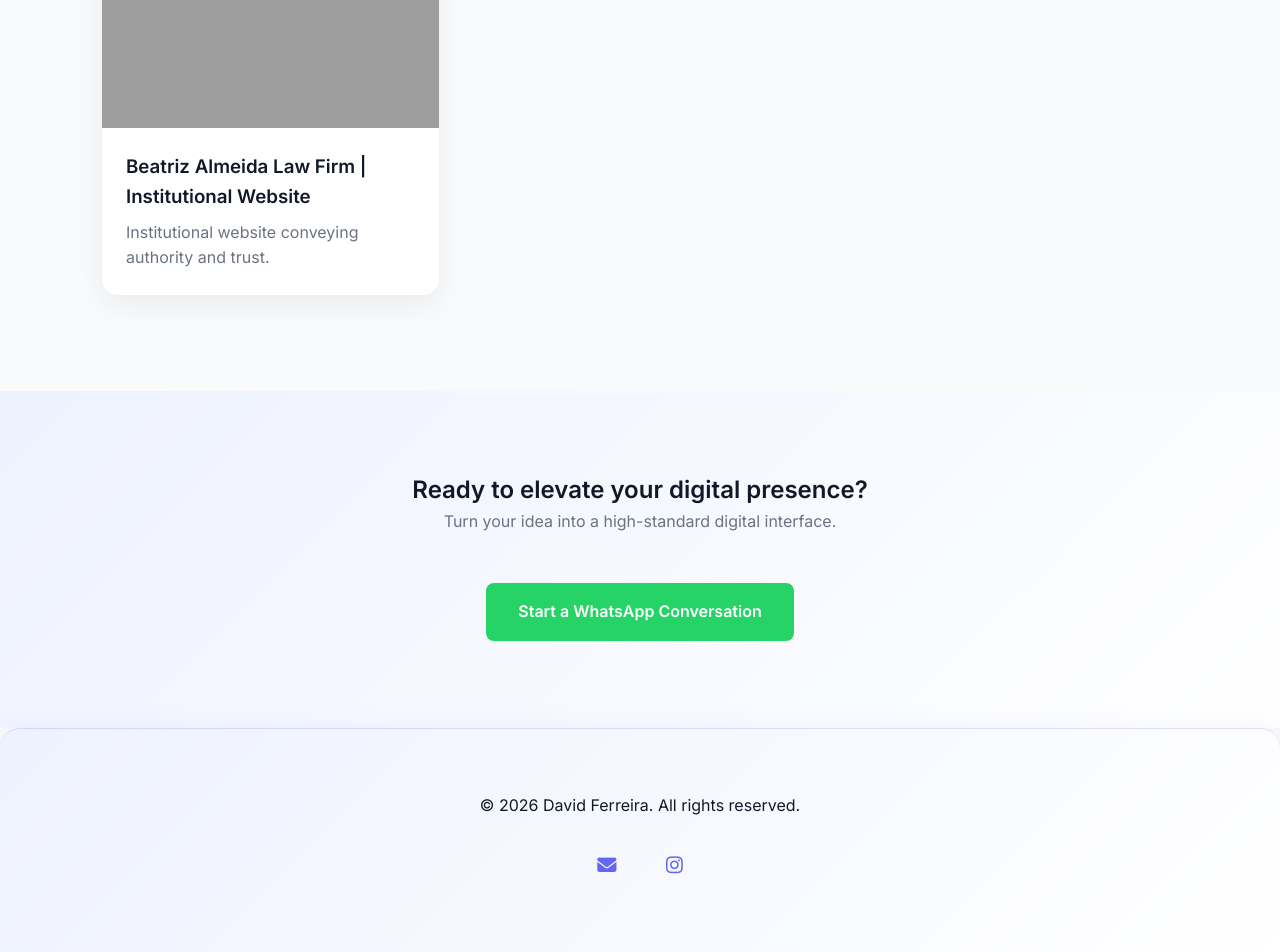
Repository: davidfsillva/David_Ferreira
Page: index.html
The author's editor kept a copy of each file at every save. The page is drawn from the files as they stood at one save, then again after the next save.
The browser window is 1280 px wide. The pictures show the part of the page from y = 1990 to 2942 px (the page is 2942 px tall before and 2910 px after).
Pictures or frames that could not be fetched are drawn as grey boxes.

Above is the page before, as saved 2026-02-11 15:36:20.
Console error: TypeError: Cannot read properties of null (reading 'addEventListener')

After the next save:
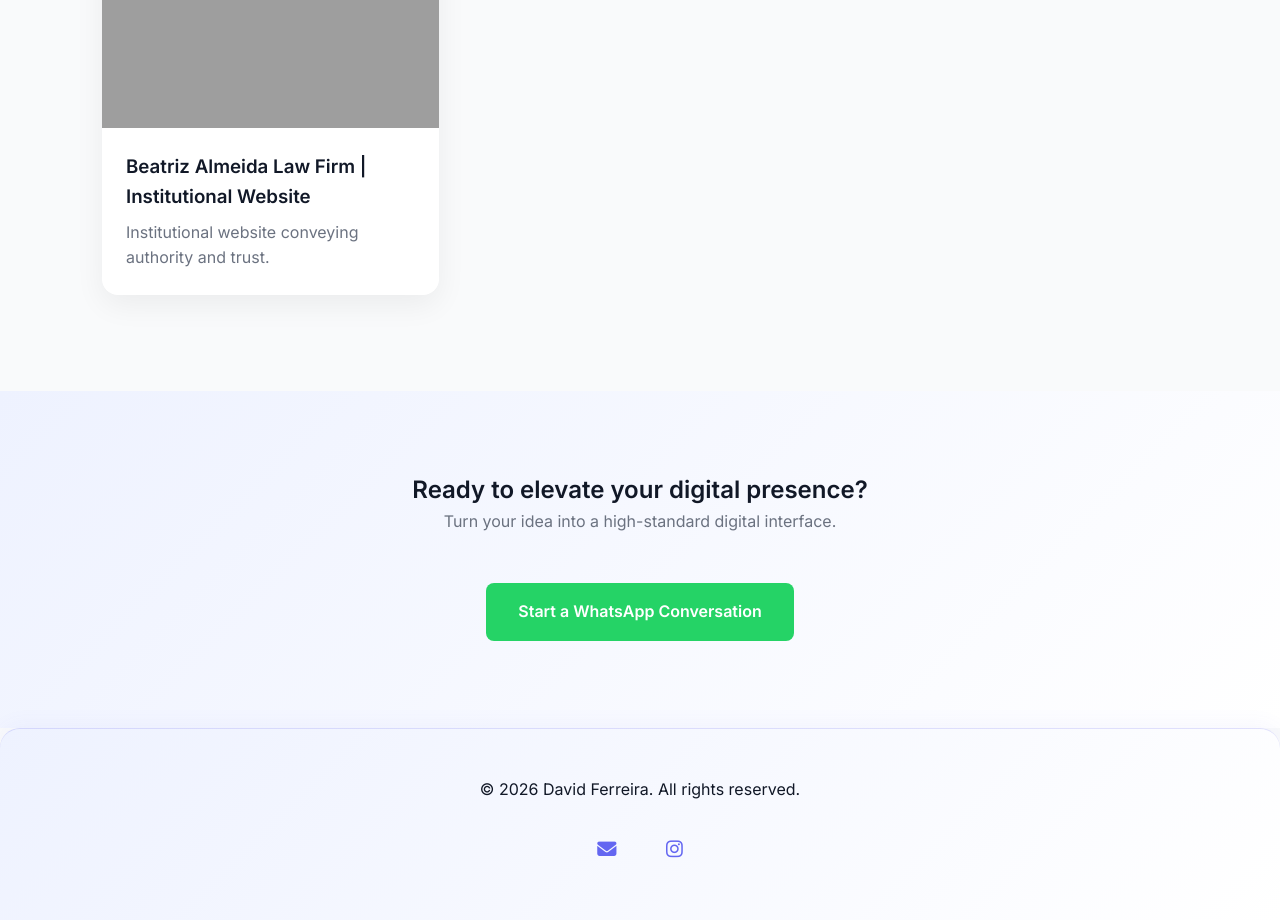
Saved 16 s later.
--- a/style.css
+++ b/style.css
@@ -412,7 +412,7 @@ body {
 
 /* FOOTER */
 footer {
-  padding: 4rem 8%;
+  padding: 3rem 8%;
   background: linear-gradient(135deg, #eef2ff, #ffffff); /* leve gradiente */
   border-top: 1px solid rgba(99,102,241,0.2); /* linha discreta */
   text-align: center;
